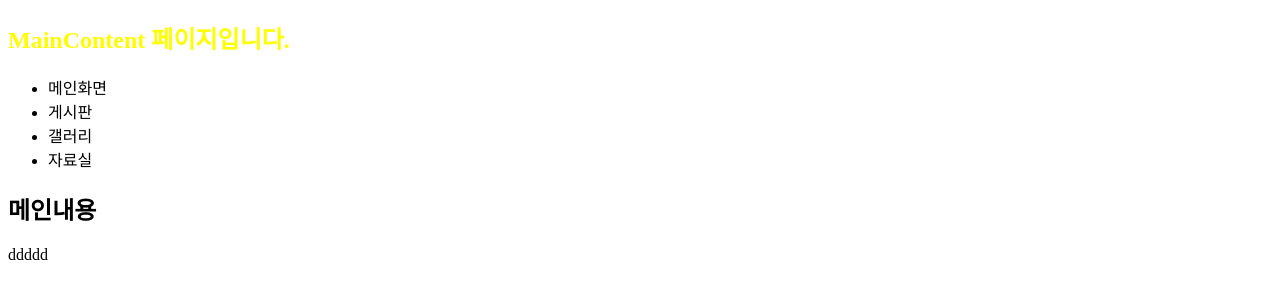
Repository: simjiho/week
Page: http://localhost/el_jstl/views/content.jsp
The author's editor kept a copy of each file at every save. The page is drawn from the files as they stood at one save, then again after the next save.
The browser window is 1280 px wide. The pictures show the whole page.
The page is served by Tomcat 9. Other server files are loaded and not shown.

Above is the page before, as saved 2024-04-20 05:36:01.

### workspace/el_jstl/src/main/webapp/views/content.jsp
<%@ page language="java" contentType="text/html; charset=UTF-8"
    pageEncoding="UTF-8"%>

<jsp:include page="/views/common/header.jsp">
	<jsp:param name="title" value="MainContent"/>
	<jsp:param name="style" value="color:yellow"/>
</jsp:include>
	<h2>메인내용</h2>
	<p>ddddd</p>
</body>
</html>

### workspace/el_jstl/src/main/webapp/views/common/header.jsp
<%@ page language="java" contentType="text/html; charset=UTF-8"
    pageEncoding="UTF-8"%>
<%
	String name="안녕";
%>
<!DOCTYPE html>
<html>
<head>
<meta charset="UTF-8">
<title>근명고등학교</title>
</head>
<body>
	<h2 style="${param.style}">${param.title} 페이지입니다.</h2>
	<ul>
		<li>메인화면</li>
		<li>게시판</li>
		<li>갤러리</li>
		<li>자료실</li>
	</ul>

After the next save:
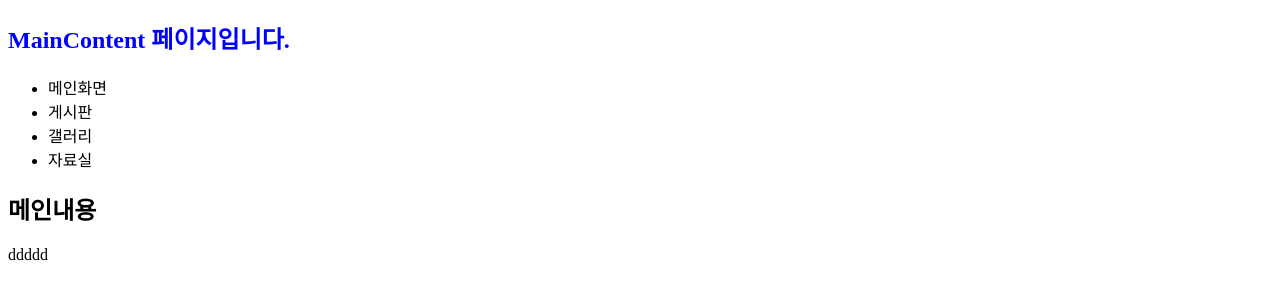
Saved 68 s later.
--- a/workspace/el_jstl/src/main/webapp/views/content.jsp
+++ b/workspace/el_jstl/src/main/webapp/views/content.jsp
@@ -3,7 +3,7 @@
 
 <jsp:include page="/views/common/header.jsp">
 	<jsp:param name="title" value="MainContent"/>
-	<jsp:param name="style" value="color:yellow"/>
+	<jsp:param name="style" value="color:blue"/>
 </jsp:include>
 	<h2>메인내용</h2>
 	<p>ddddd</p>
